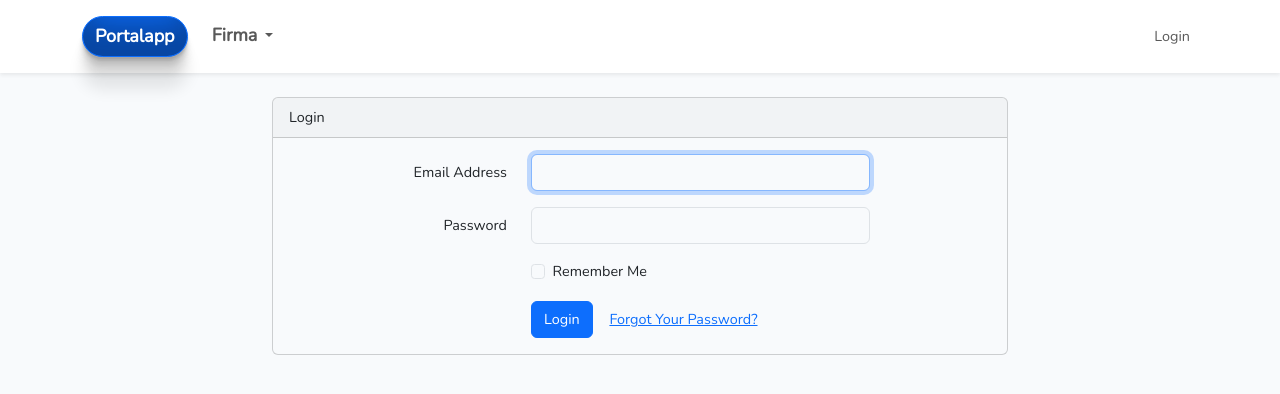
Repository: oguzhansade/portalapp
Page: http://localhost/login
The author's editor kept a copy of each file at every save. The page is drawn from the files as they stood at one save, then again after the next save.
The browser window is 1280 px wide. The pictures show the whole page.
The page is served by the project's Laravel application, run on PHP 8.4 with Laravel 9. Style sheets and scripts are compiled from the project's sources, by tool versions that may differ from the author's.

Above is the page before, as saved 2023-06-29 11:42:54.

After the next save:
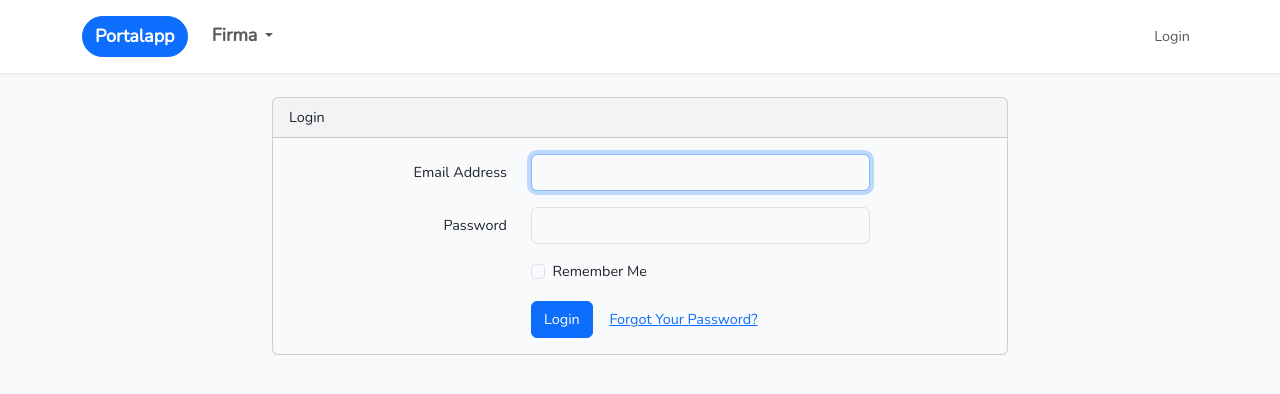
Saved 11 s later.
--- a/resources/views/layouts/app.blade.php
+++ b/resources/views/layouts/app.blade.php
@@ -39,7 +39,7 @@
     <div id="app">
         <nav class="navbar navbar-expand-md navbar-light bg-white shadow-sm ">
             <div class="container py-2">
-                <a class="btn btn-primary rounded-pill text-white navbar-brand b-shadow" href="{{ url('/') }}">
+                <a class="btn btn-primary rounded-pill text-white navbar-brand " href="{{ url('/') }}">
                     <b>{{ config('app.name', 'Laravel') }}</b>
                 </a>
                 <button class="navbar-toggler" type="button" data-bs-toggle="collapse" data-bs-target="#navbarSupportedContent" aria-controls="navbarSupportedContent" aria-expanded="false" aria-label="{{ __('Toggle navigation') }}">
